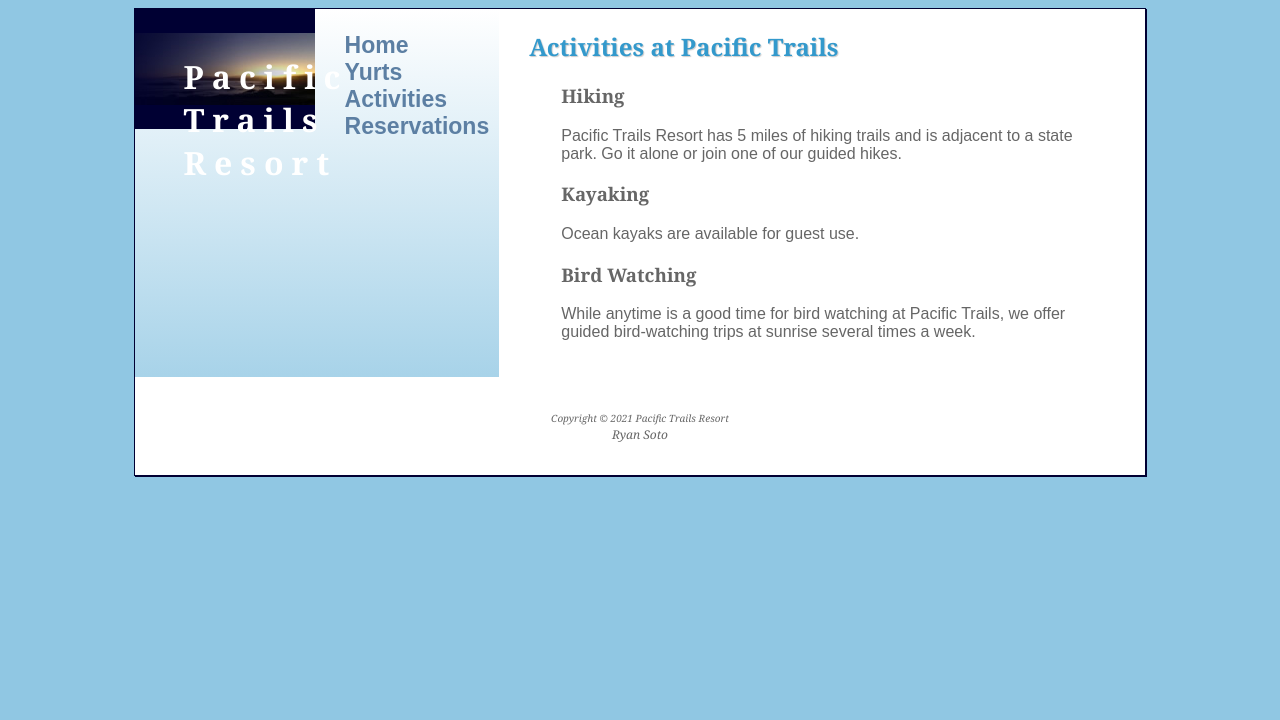
Repository: rsoto003/web-dev-152
Page: dist/assignments/chapter8/ch8pacific/activities.html
An editor plug-in stored every save of this project. The page is shown before and after the next save, followed by the edit.
The browser window is 1280 px wide. The pictures show the whole page.
Some web libraries are served in a nearby version.

Above is the page before, as saved 2021-07-25 22:35:28.

### dist/assignments/chapter8/ch8pacific/activities.html
<!DOCTYPE html>
<html lang="en">
<head>
    <meta charset="UTF-8">
    <meta http-equiv="X-UA-Compatible" content="IE=edge">
    <meta name="viewport" content="width=device-width, initial-scale=1.0">
    <title>Pacific Trails Resorts :: Activities</title>
    <link rel="stylesheet" href="pacific.css">
    <script src="https://kit.fontawesome.com/1c51b803b7.js" crossorigin="anonymous"></script>
</head>
<body class="body">
    <div id="wrapper">
        <header>
            <h1><a href="index.html">Pacific Trails Resort</a></h1>
        </header>
        <nav>
            <ul>
                <li><a href="index.html">Home</a></li>
                <li><a href="yurts.html">Yurts</a></li>
                <li><a href="activities.html">Activities</a></li>
                <li><a href="reservations.html">Reservations</a></li>
            </ul>
        </nav>
        <div id="trailhero"></div>
        <main>
            <h2>Activities at Pacific Trails</h2>
            <section>
                <h3>Hiking </h3>
                <p>Pacific Trails Resort has 5 miles of hiking trails and is adjacent to a state park. Go it alone or join one of our guided hikes.</p>
            </section>

            <section>
                <h3>Kayaking</h3>
                <p>Ocean kayaks are available for guest use.</p>
            </section>

            <section>
                <h3>Bird Watching</h3>
                <p>While anytime is a good time for bird watching at Pacific Trails, we offer guided bird-watching trips at sunrise several times a week.</p>
            </section>
        </main>
        <footer>
            <p><small><i>Copyright &copy; 2021 Pacific Trails Resort</i></small><br>
            Ryan Soto</p>
        </footer>
    </div>
</body>
</html>

### dist/assignments/chapter8/ch8pacific/pacific.css
* {
    box-sizing: border-box;
}

body {
    background-color: #90c7e3;
    color: #666666;
    font-family: Arial, Helvetica, sans-serif;
}
#wrapper {
    background-image: linear-gradient(to bottom, #fff, #90c7e3);
    background-repeat: no-repeat;
    background-color: #90c7e3;
}

header {
    background-color: #003; /* bgc#003 */
    color: #fff; /* c#fff */
    background-image: url("images/sunset.jpg"); /* bgi */
    background-position: right; /* bgp */
    background-repeat: no-repeat; /* bgr:n */
    height: 120px; /* h120*/
    padding-top: 30px; /*pt30*/
    padding-left: 3em; /* pl3em */
    text-align: center; /*tac*/
}
header a {
    text-decoration: none; /* tdn */
    color: #fff;
}
header a:link {
    color: #fff; /* c#fff */
}
header a:vistied {
    color: #fff; /* c#fff */
}
header a:hover {
    color: #90c7e9; /* c#90c7e9 */
}
nav {
    /* background-color: #FFF; */
    /* float: left; fl */
    font-size: 120%; /* fz120% */
    font-weight: bold;
    padding: 0;
    /* width: 160px; w160 */
    text-align: center;
}

nav ul {
    list-style-type: none; /* listn */
    margin: 0; /* m0 */
    padding-left: 0; /* pl0 */
    font-size: 1.2em; /* fz1.2em */
}
nav li {
    border-bottom: 1px solid #003;
}
nav a {
    text-decoration: none; /* tdn */
    font-weight: bold; /* fwb */
    padding: 10px; /* p10 */
}
nav a:link {
    color: #5c7fa3; /* c#5c75a3*/
}
nav a:visited {
    color: #344873; /* c#344873 */
}
nav a:hover {
    color: #a42A2a; /* c#a42A2a */
}

main {
    background-color: #fff; /* bgc#fff */
    padding: 1px 20px 20px 30px; /* p1-20-20-30 */
    overflow: auto; /* oa */
}



h1, h2, h3, footer {
    font-family: Georgia, "Times New Roman", serif;
}
h1 {
    padding-top: 0.5em;
    padding-bottom: 0.5em;
    letter-spacing: 0.25em; /* lts.25em */
    margin-bottom: 0;
    margin-top: 0;
}
h2 {
    color: #39c;
    text-shadow: 1px 1px 1px #ccc;
}
ul {
    /* list-style-image: url("images/marker.gif"); */
    list-style-position: inside;
}

dt {
    color: #003;
}
footer {
    background-color: #fff; /* bgc#fff */
    font-size: 75%;
    text-align: center;
    font-style: italic;
    padding: 20px;
}
.resort {
    color: #5c7fa3;
    font-weight: bold;
}

#contact {
    font-size: 90%;
}

#homehero {
    height: 300px;
    background-image: url('./images/coast2.jpg');
    background-size: 100% 100%;
    background-repeat: no-repeat;
}

#yurthero {
    height: 300px;
    background-image: url('./images/yurt.jpg');
    background-size: 100% 100%;
    background-repeat: no-repeat;
}

#trailhero {
    height: 300px;
    background-image: url('./images/trail.jpg');
    background-size: 100% 100%;
    background-repeat: no-repeat;
}

@media (min-width: 600px){
    nav ul {
        display: flex;
        flex-flow: row nowrap;
        justify-content: space-around;
    }
    nav li {
        border-bottom: none;
    }
    section {
        padding-left: 2em;
        padding-right: 2em;
    }
    .content main {
        display: grid;
        grid-template-rows: auto;
        grid-template-columns: 1fr 1fr 1fr;
    }
    h2 {
        grid-row: 1/2;
        grid-column: 1/5;
    }
    section {
        grid-row: 2/3;
        grid-column: auto;
    }
    #special {
        grid-row: auto;
        grid-column: 1/5;
    }
    footer {
        grid-row: auto;
        grid-column: 1/5;
    }
}

@media (min-width: 1024px){
    nav ul {
        display: flex;
        flex-flow:  column;
        padding-top: 1em;
    }
    nav {
        text-align: left;
        padding-left: 1em;
    }
    #wrapper {
        margin: auto;
        width: 80%;
        border: 1px solid #000033;
        box-shadow: 1px 1px #000033;
        display: grid;
        grid-template-columns: 180px auto;
        grid-template-rows: auto;
    }
}

After the next save:
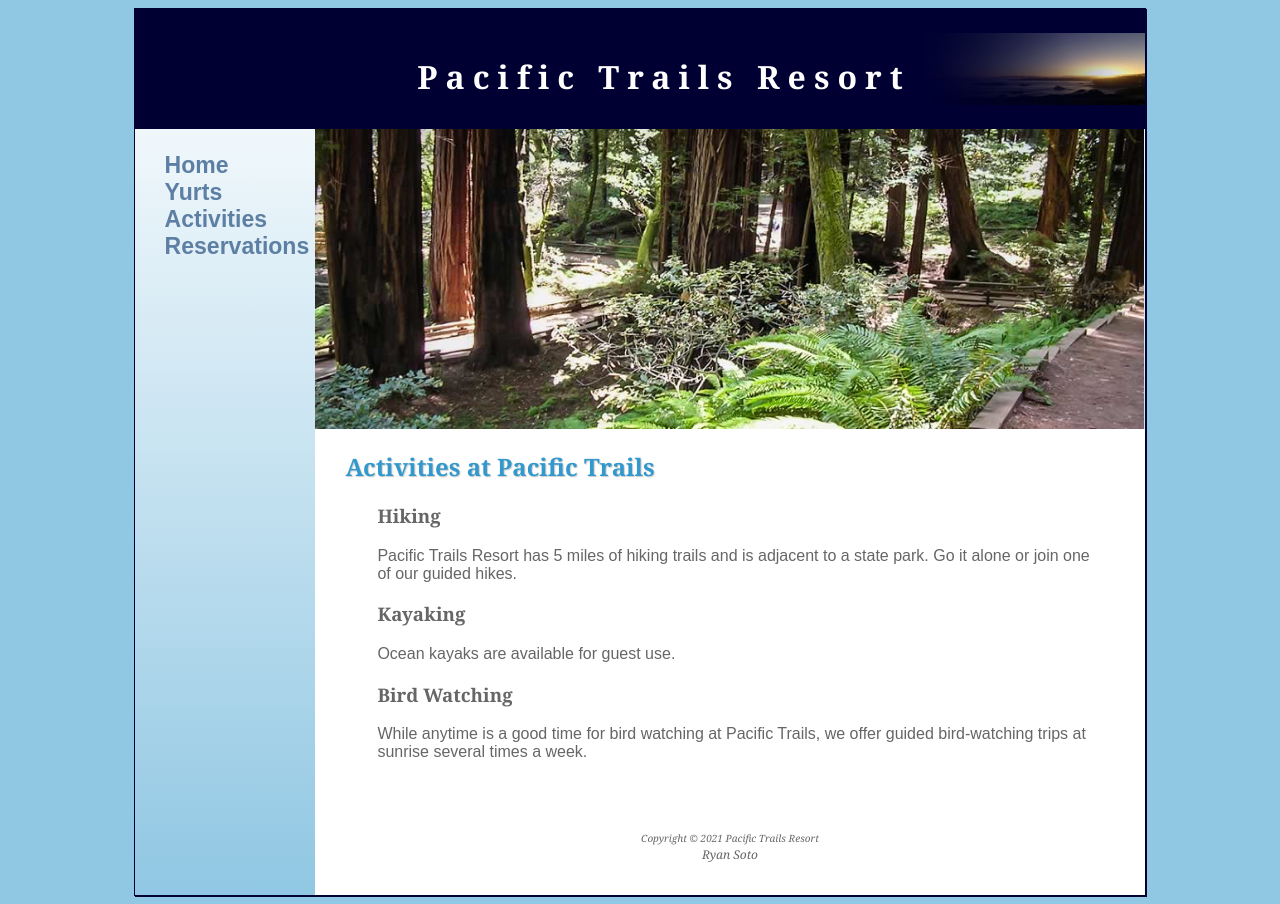
Saved 2 min 0 s later.
--- a/dist/assignments/chapter8/ch8pacific/pacific.css
+++ b/dist/assignments/chapter8/ch8pacific/pacific.css
@@ -193,4 +193,24 @@ footer {
         grid-template-columns: 180px auto;
         grid-template-rows: auto;
     }
-}
+    header {
+        grid-row: 1/2;
+        grid-column: 1/3;
+    }
+    nav {
+        grid-row: 2/5;
+        grid-column: 1/2;
+    }
+    div {
+        grid-row: 2/3;
+        grid-column: 2/3;
+    }
+    main {
+        grid-row: 3/4;
+        grid-column: 2/3;
+    }
+    footer {
+        grid-row: 4/5;
+        grid-column: 2/3;
+    }
+}
